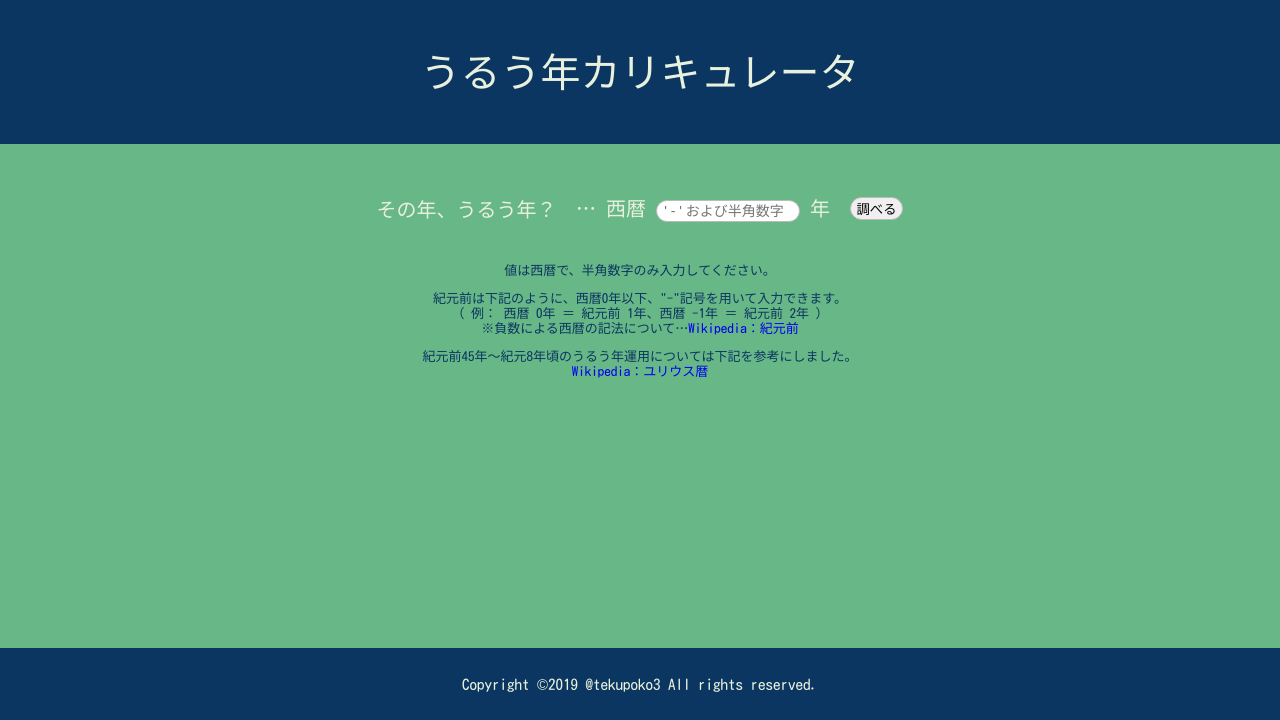
Repository: tekupoko3/leap_year_calculator
Page: http://localhost/
The author's editor kept a record of every edit. The page is drawn from the files as they stood at one moment, then again after the next edit.
The browser window is 1280 px wide. The pictures show the whole page.
The page is served by the project's application, run on Django 3.2 (leapyearcalc/manage.py). Other server files are loaded and not shown.

Above is the page before.

### leapyearcalc/judgeleapyear/templates/judgeleapyear/index.html
<!DOCTYPE html>
<html lang="ja">
<head>
  <meta charset="UTF-8">
  <meta name="viewport" content="width=device-width, initial-scale=1.0">
  <meta http-equiv="X-UA-Compatible" content="ie=edge">

  <meta http-equiv="content-language" content="ja" />
  <meta name="description" content="シンプルなうるう年判定器です。" />
  <meta name="keywords" content="うるう年, 閏年, leap year, 計算, 判定, カリキュレータ" />
  <meta name="creation date" content="December 15, 2019" />
  <meta name="copyright" content="Copyright (C) 2019 @tekupoko3" />
  <meta name="country code" scheme="81" />
  <link rel="start" href="https://leapyearcalc.herokuapp.com" />
  <meta name="Targted Geographic Area" content="Japan" />
  <meta name="distribution" content="Global" />
  <meta name="coverage" content="Japan" />
  <meta name="classification" content="エンターテイメント" />
  <meta name="rating" content="All Ages" />
  <meta name="robots" content="NOARCHIVE" />
  <meta http-equiv="pragma" content="no-cache" />
  <meta name="robots" content="NOIMAGEINDEX" />
  <meta name="robots" content="NOIMAGECLICK" />
  <meta http-equiv="imagetoolbar" content="no" />
  <meta name="robots" content="NOODP" />
  <meta name="robots" content="NOYDIR" />
  <meta name="format-detection" content="telephone=no,email=no" />


  <title>うるう年カリキュレータ</title>


  {% load static %}
  <link rel="stylesheet" href="{% static "judgeleapyear/reset.css" %}" type="text/css" />
  <link href="https://fonts.googleapis.com/css?family=Kosugi+Maru&display=swap" rel="stylesheet">
  <link rel="stylesheet" href="{% static "judgeleapyear/base.css" %}" type="text/css" />
  <link rel="stylesheet" href="{% static "judgeleapyear/index.css" %}" type="text/css" />
</head>
<body>
  <header>
    <div class="navbar">
      <div class="headertitle">
        <a href="/"><p>うるう年カリキュレータ</p></a>
      </div>
    </div>
    <div class="flash">

    </div>
  </header>
  <main>
    <div class="mainwrapper">
      <div class="yearform">
        <form action="calc" id="yearinput" method="post">
          {% csrf_token %}
          <p>その年、うるう年？</p>
          <div class="inputblock">
              … 西暦
            {% if year is None %}
              <input type="text" name="year" placeholder="' - ' および半角数字" class="inputbox" pattern="-?[0-9]+" title="半角負号' - '（任意）と、連続した半角数字のみで入力して下さい。" required />
            {% else %}
              <input type="text" name="year" placeholder="' - ' および半角数字" value='{{ year }}' class="inputbox" pattern="-?[0-9]+" title="半角負号' - '（任意）と、連続した半角数字のみで入力して下さい。" required />
            {% endif %}
            年
          </div>
          <input type="submit" value="調べる" class="button">
        </form>
      </div>
      {% if not error is None %}
      <div class="error-text">
          <p>{{ error }}</p>
      </div>
      {% endif %}
      <p>値は西暦で、半角数字のみ入力してください。</p>
      <br>
      <p>紀元前は下記のように、西暦0年以下、"-"記号を用いて入力できます。</p>
      <p>（ 例： 西暦 0年 ＝ 紀元前 1年、西暦 -1年 ＝ 紀元前 2年 ）</p>
      <p>※負数による西暦の記法について…<a href="https://ja.wikipedia.org/wiki/%E7%B4%80%E5%85%83%E5%89%8D#%E5%A4%A9%E6%96%87%E5%AD%A6%E3%81%AB%E3%81%8A%E3%81%91%E3%82%8B%E7%B4%80%E5%85%83%E5%89%8D" target="_blank">Wikipedia：紀元前</a></p>
      <br>
      <p>紀元前45年〜紀元8年頃のうるう年運用については下記を参考にしました。</p>
      <p><a href="https://ja.wikipedia.org/wiki/%E3%83%A6%E3%83%AA%E3%82%A6%E3%82%B9%E6%9A%A6#%E9%81%8B%E7%94%A8" target="_blank">Wikipedia：ユリウス暦</a></p>
      {% if not result is None %}
        {% if year <= -4600000000 %}
          <div class="result">
            <p>約46億年前には、<br class="sp-br"><span class="longresult">うるう年はおろか<br><a href="https://ja.wikipedia.org/wiki/%E5%A4%AA%E9%99%BD%E7%B3%BB#%E8%B5%B7%E6%BA%90%E3%81%A8%E9%80%B2%E5%8C%96" target="_blank">太陽も地球もなかった</a><br>ようです。</span></p>
          </div>
        {% elif result == "ユリウス暦以前" %}
          <div class="result">
            <p>紀元前46年以前には<span>うるう年の概念は<br class="sp-br">ありませんでした。</span></p>
          </div>
        {% elif year >= 5000000000 %}
          <div class="result">
            <p>{{ year_text }}年は<span class="longresult">{{ result }}</span>ですが、<br><span class="longresult">その頃には地球は<br><a href="https://news.livedoor.com/article/detail/15371910/" target="_blank">太陽に飲み込まれている</a><br>かもしれません。</span></p>
          </div>
        {% elif year >= 1750000000 %}
          <div class="result">
            <p>{{ year_text }}年は<span class="longresult">{{ result }}</span>ですが、<br><span class="longresult">その頃には<br><a href="https://matome.naver.jp/odai/2138299155821433901" target="_blank">地球上に生物がいない</a><br>かもしれません。</span></p>
          </div>
        {% else %}
          <div class="result">
            <p>{{ year_text }}年は<span>{{ result }}</span>です。</p>
          </div>
        {% endif %}
      {% endif %}
    </div>
  </main>
  <footer>
    <p>Copyright ©2019 <a href="https://twitter.com/tekupoko3" target="_blank">@tekupoko3</a> All rights reserved.</p>
  </footer>
</body>
</html>

### leapyearcalc/judgeleapyear/views.py
from django.http import HttpResponse, HttpResponseRedirect
from django.shortcuts import render
import sys
from . import JudgeLeapYear as JLY
from datetime import datetime

# Create your views here.

def index(request):
  year = None
  result = None
  year_text = None
  error = None
  return render(request, 'judgeleapyear/index.html', {
    'result': result,
    'year': year,
    })


def calc(request):
  test_year = JLY.JudgeLeapYear()
  year = request.POST.get("year", None)
  if year is None:
    return HttpResponseRedirect('/')
  try:
    test_year.setYear(year)
    try:
      if test_year.isLeapYear("checkBC45","exception"):
        result = "うるう年"
      else:
        result = "平年"
    except Exception as e:
      result = "ユリウス暦以前"
    return render(request, 'judgeleapyear/index.html', {
      'result': result,
      'year': year,
      'year_text': test_year.getStrYear(),
      'error': None,
      })
  except Exception as err:
    tb = sys.exc_info()[2]
    return render(request, 'judgeleapyear/index.html', {
      'result': None,
      'year': year,
      'year_text': None,
      'error': "{0}".format(err.with_traceback(tb)),
      })

### leapyearcalc/leapyearcalc/urls.py
"""leapyearcalc URL Configuration

The `urlpatterns` list routes URLs to views. For more information please see:
    https://docs.djangoproject.com/en/3.0/topics/http/urls/
Examples:
Function views
    1. Add an import:  from my_app import views
    2. Add a URL to urlpatterns:  path('', views.home, name='home')
Class-based views
    1. Add an import:  from other_app.views import Home
    2. Add a URL to urlpatterns:  path('', Home.as_view(), name='home')
Including another URLconf
    1. Import the include() function: from django.urls import include, path
    2. Add a URL to urlpatterns:  path('blog/', include('blog.urls'))
"""
from django.contrib import admin
from django.urls import include, path

urlpatterns = [
    path('admin/', admin.site.urls),
    path('', include('judgeleapyear.urls')),
]

### leapyearcalc/judgeleapyear/urls.py
from django.urls import path
from . import views

urlpatterns = [
    path('calc', views.calc),
    path('', views.index),
    ]

### leapyearcalc/judgeleapyear/static/judgeleapyear/base.css
html, body, div, span, object, iframe,
h1, h2, h3, h4, h5, h6, p, blockquote, pre,
abbr, address, cite, code,
del, dfn, em, img, ins, kbd, q, samp,
small, strong, sub, sup, var,
b, i,
dl, dt, dd, ol, ul, li,
fieldset, form, label, legend,
table, caption, tbody, tfoot, thead, tr, th, td,
article, aside, canvas, details, figcaption, figure,
footer, header, hgroup, menu, nav, section, summary,
time, mark, audio, video {
  font-family: 'Kosugi Maru', sans-serif;
  -webkit-box-sizing: border-box;
  -moz-box-sizing: border-box;
  box-sizing: border-box;
}

a {
  text-decoration: none;
}

### leapyearcalc/judgeleapyear/static/judgeleapyear/index.css
header .navbar{
  background-color: #0B3661;
  width: 100vw;
  height: 20vh;
  display: flex;
  flex-flow: row wrap;
  justify-content: space-around;
  align-items: center;
}

.headertitle a{
  text-decoration: none;
}

.headertitle > a > p{
  color: #E8F0DE;
  flex: 0 1 auto;
  display: block;
  font-size: 40px;
}

main{
  width: 100vw;
  height: 70vh;
}

main .mainwrapper{
  background-color: #68B787;
  width: 100vw;
  height: 100%;
  text-align: center;
  padding: 2px;
  color: #0B3661;
  font-size: 13px;
}

main .mainwrapper .yearform{
  display: flex;
  width: 100%;
  padding-top: 50px;
  padding-bottom: 40px;
  flex-flow: row wrap;
  justify-content: center;
  align-items: center;
}

main .mainwrapper .yearform > form > p{
  display: inline;
  vertical-align: middle;
  flex: 0 1 auto;
  color: #E8F0DE;
  font-size: 20px;
  padding-top: 2px;
}

.inputblock{
  display: inline-block;
  vertical-align: middle;
  min-width: 280px;
  flex: 0 1 auto;
  color: #E8F0DE;
  font-size: 20px;
  padding-top: 2px;
}

main .mainwrapper > p{
  vertical-align: middle;
  color: #0B3661;
  font-size: 13px;
  padding-top: 2px;
}

main .mainwrapper > p > a{
  text-decoration: none;
}

.inputbox{
  flex: 0 1 auto;
  width: 130px;
  -webkit-border-radius: 20px;
  -moz-border-radius: 20px;
  text-align: center;
  vertical-align: middle;
  border: 1px solid #bbb;
  border-radius: 20px;
  font-size: 16px;
  color: #333;
  padding-right: 10px;
  ime-mode: disabled;
}

.inputbox::-webkit-input-placeholder {
  font-size: 14px;
}
.inputbox:-moz-placeholder {
  font-size: 14px;
}
.inputbox::-moz-placeholder {
  font-size: 14px;
}
.inputbox:-ms-input-placeholder {
  font-size: 14px;
}

.button{
  flex: 0 1 auto;
  vertical-align: middle;
  border: 1px solid #bbb;
  -webkit-border-radius: 20px;
  -moz-border-radius: 20px;
  border-radius: 20px;
}

.error-text > p{
  color: #922;
  font-size: 13px;
  margin-bottom: 10px;
}

main .mainwrapper .result{
  margin-top: 20px;
  display: flex;
  flex-flow: row wrap;
  justify-content: space-around;
  align-items: center;
}

main .mainwrapper .result > p{
  color: #E8F0DE;
  font-size: 30px;
}

main .mainwrapper .result > p > span{
  color: #E8F0DE;
  font-size: 60px;
}

footer {
  background-color: #0B3661;
  width: 100vw;
  height: 10vh;
  display: flex;
  flex-flow: row wrap;
  justify-content: space-around;
  align-items: center;
}

footer p{
  color: #E8F0DE;
  flex: 0 1 auto;
  display: block;
  font-size: 15px;
}

footer p > a{
  color: #E8F0DE;
  flex: 0 1 auto;
  text-decoration: none;
}

@media screen and (min-width:780px){
  .sp-br{
    display: none;
  }

}

@media screen and (max-width:780px){
  header .navbar{
    height: 10vh;
  }

  .headertitle a > p{
    font-size: 20px;
    flex-flow: row wrap;
    justify-content: center;
    align-items: center;
    vertical-align: middle;
  }

  main{
    height: 70vh;
  }

  main .mainwrapper p{
    color: #0B3661;
    font-size: 11px;
    padding-top: 2px;
  }

  .inputblock{
    display: block;
    margin: 10px;
  }

  main .mainwrapper .error-text > p{
    color: #922;
    display: block;
    width: 400px;
    margin: auto;
    margin-top: 10px;
    margin-bottom: 10px;
    font-size: 11px;
    text-align: center;
  }


  main .mainwrapper .result{
    display: flex;
    width: 380px;
    margin: auto;
    margin-top: 0;
    margin-bottom: 0;
    flex-flow: row wrap;
    justify-content: center;
    align-items: center;
    vertical-align: middle;

  }

  main .mainwrapper .result > p{
    flex: 0 1 auto;
    color: #E8F0DE;
    font-size: 20px;
  }


  main .mainwrapper .result > p > span{
    flex: 0 1 auto;
    width: 350px;
    color: #E8F0DE;
    font-size: 25px;
    display: block;
    padding: 10px 40px;
    word-wrap:break-word;
  }

  main .mainwrapper .result > p > .longresult{
    display: inline;
    padding: 0px;
    color: #E8F0DE;
    font-size: 25px;
  }


  footer {
    height: 20vh;
    align-items: start;
  }


  footer p{
    font-size: 11px;
    padding-top: 10px;
  }
}

Loaded but not shown: leapyearcalc/judgeleapyear/static/judgeleapyear/reset.css (common file)

After the next edit:
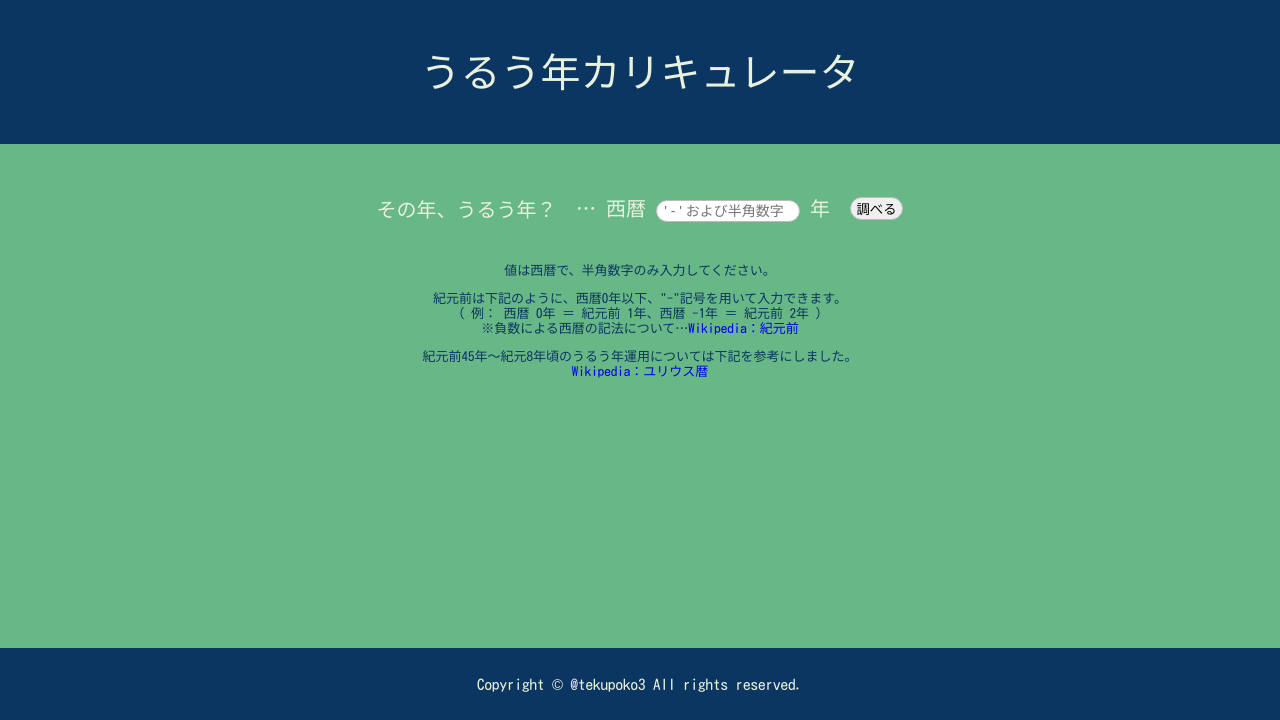
The edit:
--- a/leapyearcalc/judgeleapyear/templates/judgeleapyear/index.html
+++ b/leapyearcalc/judgeleapyear/templates/judgeleapyear/index.html
@@ -104,7 +104,11 @@
     </div>
   </main>
   <footer>
-    <p>Copyright ©2019 <a href="https://twitter.com/tekupoko3" target="_blank">@tekupoko3</a> All rights reserved.</p>
+    {% if startyear == copyright %}
+      <p>Copyright ©{{ startyear }} <a href="https://twitter.com/tekupoko3" target="_blank">@tekupoko3</a> All rights reserved.</p>
+    {% else %}
+      <p>Copyright ©{{ startyear }}-{{ copyright }} <a href="https://twitter.com/tekupoko3" target="_blank">@tekupoko3</a> All rights reserved.</p>
+    {% endif %}
   </footer>
 </body>
 </html>
